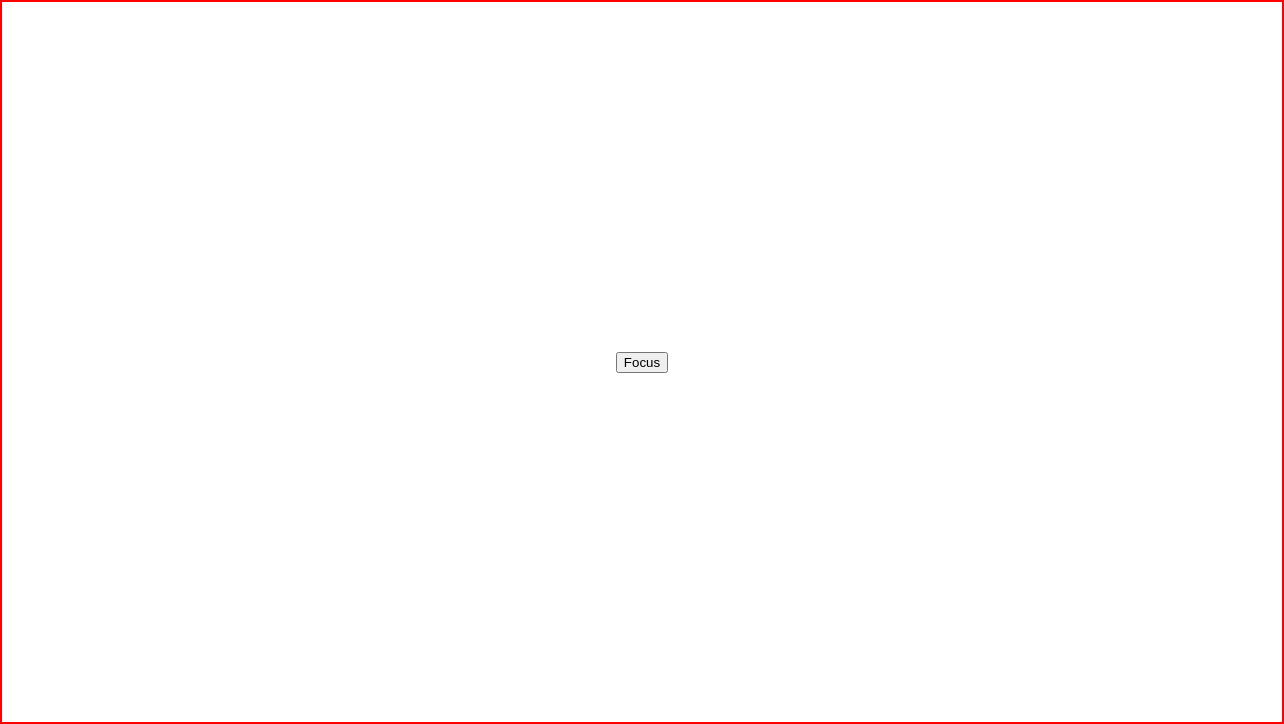
Repository: KrzysKolo/sr_tydzien4_zad5
Page: /
An editor plug-in stored every save of this project. The page is shown before and after the next save, followed by the edit.
The browser window is 1280 px wide. The page is 1284 px wide, so the pictures cover 1284 px, including what lies to the right of the window. The pictures show the whole page.
The project was rebuilt for these pictures with package versions that can differ from the ones it lists, and the page was loaded fresh each time.

Above is the page before, as saved 2020-12-17 14:04:19.

After the next save:
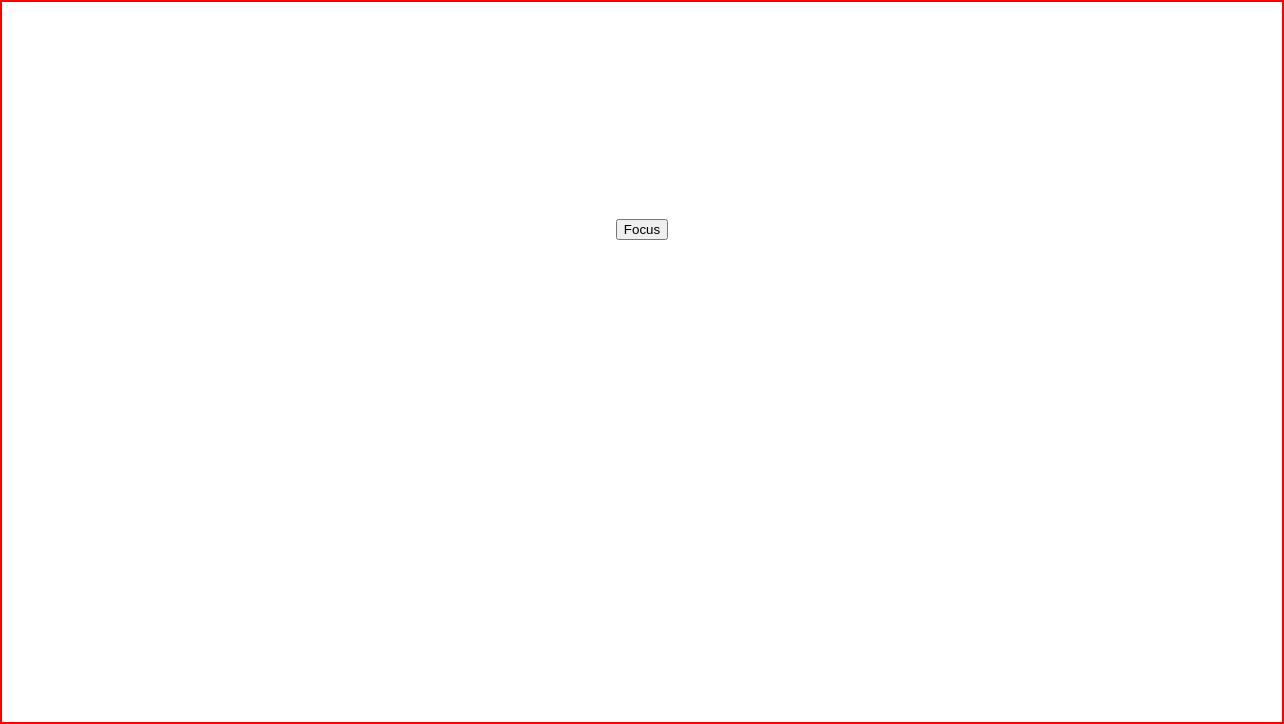
Saved 31 s later.
--- a/src/App.css
+++ b/src/App.css
@@ -7,3 +7,7 @@
   align-items: center;
   border: 2px solid red;
 }
+.btn {
+  height: 20%;
+  height: 40%;
+}
